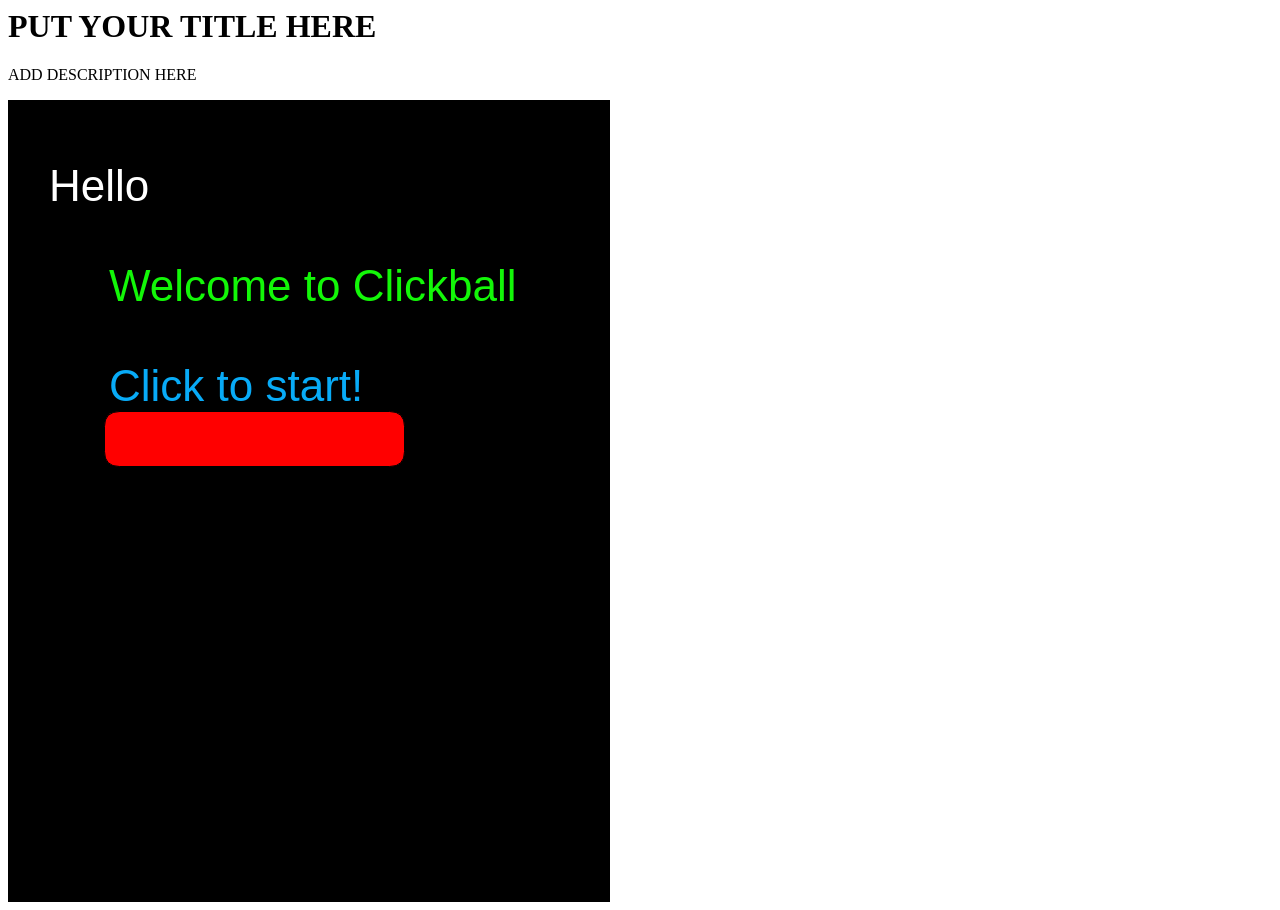
Repository: jacobhayman22/jacobhayman22.github.io
Page: Clickball.html
The author's editor kept a record of every edit. The page is drawn from the files as they stood at one moment, then again after the next edit.
The browser window is 1280 px wide. The pictures show the whole page.

Above is the page before.

After the next edit:
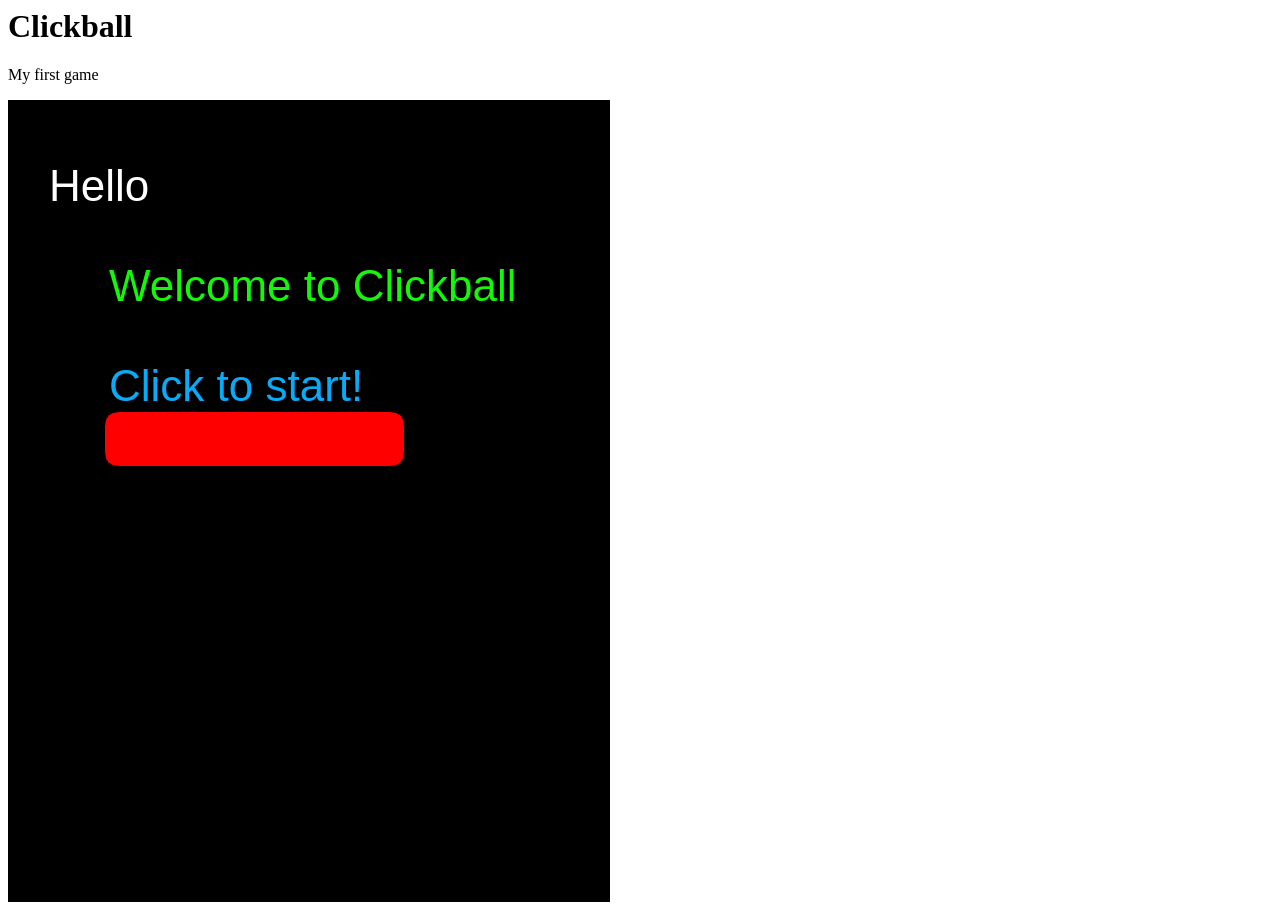
The edit:
--- a/Clickball.html
+++ b/Clickball.html
@@ -9,8 +9,8 @@
   </head>
 
   <body>
-    <h1>PUT YOUR TITLE HERE</h1>
-    <p>ADD DESCRIPTION HERE</p>
+    <h1>Clickball</h1>
+    <p>My first game</p>
 
     <script type="text/processing">
 
